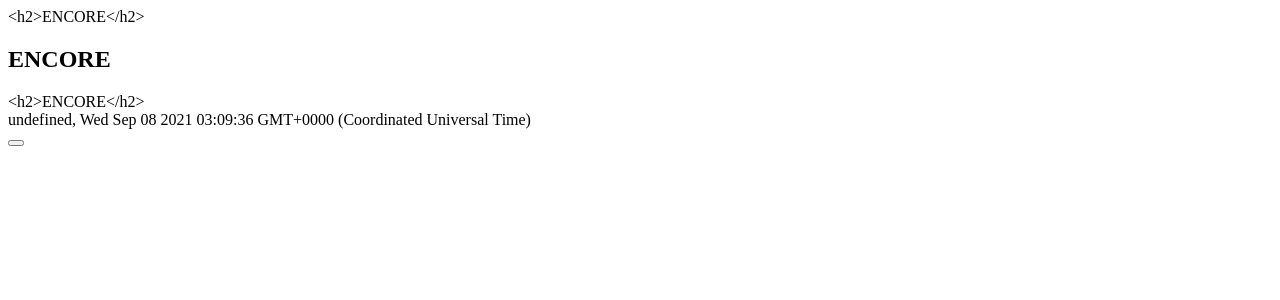
Repository: Migorithm/front_work
Page: front09_VUE/src/main/webapp/02_methods/vue03_methods.html
These files come from the project's save history. The page is drawn as it stood at one moment and after the next save; the edit follows.
The browser window is 1280 px wide. The pictures show the whole page.

Above is the page before, as saved 2021-09-09 02:23:20.

### front09_VUE/src/main/webapp/02_methods/vue03_methods.html
<!DOCTYPE html>
<html>
<head>
<meta charset="UTF-8">
<title>Insert title here</title>
<meta name="viewport" content="width=device-width, initial-scale=1.0">
<script src="https://cdn.jsdelivr.net/npm/vue/dist/vue.js"></script>
<style type="text/css"></style>
</head>
<body>
	<div id="app">
		<div v-text="title"></div>
		<div v-html="title"></div>
		<div>{{title}}</div>
		<div>{{showInfo()}}</div> <!-- {{안에서 메소드 호출시 ()빼면 안됌!}} -->
		<div></div>
		<div></div>
		<div></div>
		<button></button>



	</div>
</body>
<script>
	var app = new Vue({
		el:"#app",
		data:{
			title:'<h2>ENCORE</h2>'
		},
		methods:{
			changeName:function(){
				this.title = "Encore HRM Encore HRM"

			},
			showInfo:function(){
				return "ENCORE HRM :"+ new Date(); //리턴값을 어떻게 뿌릴 것인가?

			},
			showInfo:function(name,$event){//인자값으로 event객체를 연결하려면 반드시 명시.
				return name + ", " + new Date()
			}
		}
	})
</script>
</html>

After the next save:
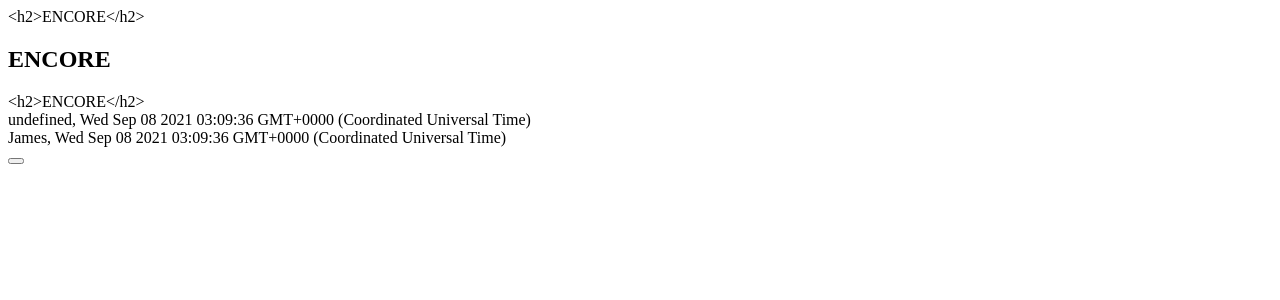
Saved 38 s later.
--- a/front09_VUE/src/main/webapp/02_methods/vue03_methods.html
+++ b/front09_VUE/src/main/webapp/02_methods/vue03_methods.html
@@ -13,7 +13,7 @@
 		<div v-html="title"></div>
 		<div>{{title}}</div>
 		<div>{{showInfo()}}</div> <!-- {{안에서 메소드 호출시 ()빼면 안됌!}} -->
-		<div></div>
+		<div>{{showInfo('James')}}</div>
 		<div></div>
 		<div></div>
 		<button></button>
